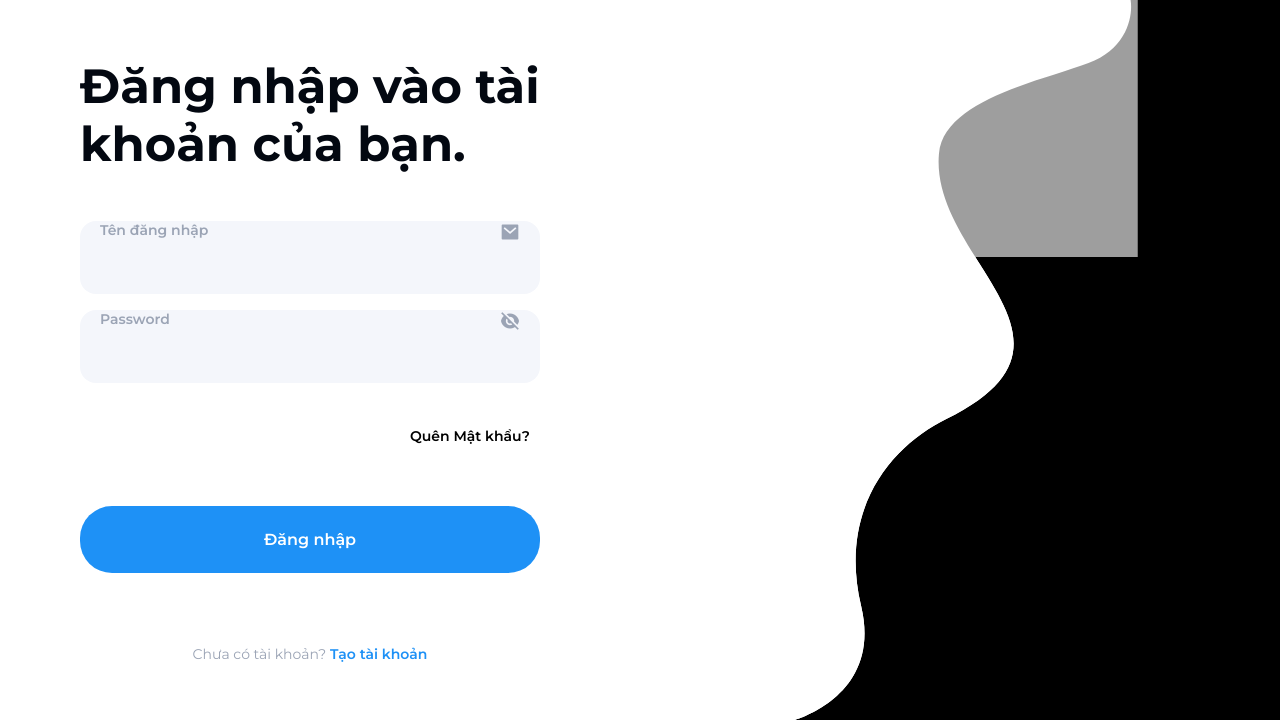
Repository: tqchuong/project_giuaky_ltw
Page: html/login.html
These files come from the project's save history. The page is drawn as it stood at one moment and after the next save; the edit follows.
The browser window is 1280 px wide. The pictures show the whole page.
Pictures or frames that could not be fetched are drawn as grey boxes.

Above is the page before, as saved 2024-11-30 20:28:15.
Console error: TypeError: Cannot read properties of null (reading 'addEventListener')

### html/login.html
<!DOCTYPE html>
<html lang="en">
<head>
    <meta charset="UTF-8">
    <meta name="viewport" content="width=device-width, initial-scale=1.0">
    <!--=============== REMIXICONS ===============-->
    <link rel="stylesheet" href="https://cdnjs.cloudflare.com/ajax/libs/remixicon/4.2.0/remixicon.css">
    <!--=============== CSS ===============-->
    <link rel="stylesheet" href="../css/login.css">
    <title>Login</title>
</head>
<body>
    <!--=============== LOGIN IMAGE ===============-->  <svg class="login__blob" viewBox="0 0 566 840" xmlns="http://www.w3.org/2000/svg">
        <mask id="mask0" mask-type="alpha">
            <path d="M342.407 73.6315C388.53 56.4007 394.378 17.3643 391.538 0H566V840H0C14.5385 834.991 100.266 804.436 77.2046 707.263C49.6393 591.11 115.306 518.927 176.468 488.873C363.385 397.026 156.98 302.824 167.945 179.32C173.46 117.209 284.755 95.1699 342.407 73.6315Z" />
        </mask>
        <g mask="url(#mask0)">
            <path d="M342.407 73.6315C388.53 56.4007 394.378 17.3643 391.538 0H566V840H0C14.5385 834.991 100.266 804.436 77.2046 707.263C49.6393 591.11 115.306 518.927 176.468 488.873C363.385 397.026 156.98 302.824 167.945 179.32C173.46 117.209 284.755 95.1699 342.407 73.6315Z" />
            <!-- Insert your image (recommended size: 1000 x 1200) -->
            <image class="login__img" href="../image/banner/luongthuc.png" />
        </g>
    </svg>


    <!--=============== LOGIN ===============-->
    <div class="login container grid" id="loginAccessRegister">
        <!--===== LOGIN ACCESS =====-->
        <div id="loginForm" class="login__access">
            <h1 class="login__title">Đăng nhập vào tài khoản của bạn.</h1>
            <div class="login__area">
                <form action="" class="login__form">
                    <div class="login__content grid">
                        <div class="login__box">
                            <input type="text" id="login-name" name="login-name" required placeholder=" " class="login__input" >
                            <label for="login-name" class="login__label">Tên đăng nhập</label>
                            <i class="ri-mail-fill login__icon"></i>
                            <span class="form-message namelogin"></span>
                        </div>
                        <div class="login__box">
                            <input type="password" id="login-password" name="login-password" required placeholder=" " class="login__input" >
                            <label for="login-password" class="login__label">Password</label>
                            <i class="ri-eye-off-fill login__icon login__password" id="loginPassword"></i>
                            <span class="form-message-check-login form-message"></span>
                        </div>
                    </div>
                    <p>
                        <button id="forgotPasswordLink" class="forgotPasswordLink">Quên Mật khẩu?</button>
                    </p>
                    <button type="button" id="login-button" class="login__button">Đăng nhập</button>

                </form>
                <p class="login__switch">
                    Chưa có tài khoản?
                    <button id="loginButtonRegister">Tạo tài khoản</button>
                </p>
            </div>
        </div>

        <!--===== LOGIN REGISTER =====-->
        <div id="registerForm" class="login__register" style="display: none;">
            <h1 class="login__title">Tạo tài khoản mới.</h1>
            <div class="login__area">
                <form action="" class="login__form">
                    <div class="login__box">
                        <input type="text" id="names" name="names" required placeholder=" " class="login__input" aria-label="Names">
                        <label for="names" class="login__label">Tên đăng nhập</label>
                        <i class="ri-id-card-fill login__icon"></i>
                        <span class="form-message-name form-message"></span>
                    </div>
                    <div class="login__box">
                        <input type="text" id="phone" name="phone" required placeholder=" " class="login__input" aria-label="Phone Number">
                        <label for="phone" class="login__label">Số điện thoại</label>
                        <i class="ri-id-card-fill login__icon"></i>
                        <span class="form-message-phone form-message"></span>
                    </div>
                    <div class="login__box">
                        <input type="email" id="emailCreate" name="emailCreate" required placeholder=" " class="login__input" aria-label="Email">
                        <label for="emailCreate" class="login__label">Email</label>
                        <i class="ri-mail-fill login__icon"></i>
                        <span class="form-message-email form-message"></span>
                    </div>
                    <div class="login__box">
                        <input type="password" id="passwordCreate" name="passwordCreate" required placeholder=" " class="login__input" aria-label="Password">
                        <label for="passwordCreate" class="login__label">Mật khẩu</label>
                        <i class="ri-eye-off-fill login__icon login__password" id="loginPasswordCreate"></i>
                        <span class="form-message-password form-message"></span>
                    </div>
                    <button type="submit" class="login__button" id="signup-button">Tạo tài khoản</button>
                </form>
                <p class="login__switch">
                    Đã có tài khoản?
                    <button id="loginButtonAccess">Đăng nhập</button>
                </p>
            </div>
        </div>

        <!-- ===== FORGOT PASSWORD ===== -->
        <div id="forgotPasswordForm" class="forgot-password" style="display: none;">
            <h1 class="login__title">Quên Mật khẩu?</h1>
            <div class="login__area">
                <form action="" class="login__form">
                    <div class="login__box">
                        <input type="email" id="emailForgot" required placeholder=" " class="login__input" aria-label="Email">
                        <label for="emailForgot" class="login__label">Email</label>
                        <i class="ri-mail-fill login__icon"></i>
                        <span class="form-message mail"></span>
                    </div>
                    <button type="submit" class="login__button">Đặt lại mật khẩu</button>
                </form>
                <p class="login__switch">
                    Nhớ mật khẩu của bạn?
                    <button id="backToLoginButton">Đăng nhập</button>
                </p>
            </div>
        </div>
    </div>
    <!--=============== MAIN JS ===============-->
    <script src="../js/login.js"></script>
    <script src="../js/home.js"></script>
</body>
</html>

### css/login.css
/*=============== GOOGLE FONTS ===============*/
@import url("https://fonts.googleapis.com/css2?family=Montserrat:wght@100..900&display=swap");


/*=============== VARIABLES CSS ===============*/
:root {
  /*========== Colors ==========*/
  /*Color mode HSL(hue, saturation, lightness)*/
  --first-color: hsl(208, 92%, 54%);
  --first-color-alt: hsl(208, 88%, 50%);
  --title-color: hsl(220, 68%, 4%);
  --white-color: hsl(0, 0%, 100%);
  --text-color: hsl(220, 15%, 66%);
  --body-color: hsl(0, 0%, 100%);
  --container-color: hsl(220, 50%, 97%);

  /*========== Font and typography ==========*/
  /*.5rem = 8px | 1rem = 16px ...*/
  --body-font: "Montserrat", system-ui;
  --big-font-size: 1.5rem;
  --normal-font-size: .938rem;
  --small-font-size: .813rem;
  --tiny-font-size: .688rem;

  /*========== Font weight ==========*/
  --font-regular: 400;
  --font-medium: 500;
  --font-semi-bold: 600;

  /*========== z index ==========*/
  --z-tooltip: 10;
  --z-fixed: 100;
}

/*========== Responsive typography ==========*/
@media screen and (min-width: 1150px) {
  :root {
    --big-font-size: 3rem;
    --normal-font-size: 1rem;
    --small-font-size: .875rem;
    --tiny-font-size: .75rem;
  }
}

/*=============== BASE ===============*/
* {
  box-sizing: border-box;
  padding: 0;
  margin: 0;
}

body,
input,
button {
  font-family: var(--body-font);
  font-size: var(--normal-font-size);
}

body {
  background-color: var(--body-color);
  color: var(--text-color);
}

input,
button {
  border: none;
  outline: none;
}

a {
  text-decoration: none;
}

img {
  display: block;
  max-width: 100%;
  height: auto;
}

/*=============== REUSABLE CSS CLASSES ===============*/
.container {
  max-width: 1120px;
  margin-inline: 1.5rem;
}

.grid {
  display: grid;
  gap: 1rem;
}

/*=============== LOGIN  ===============*/
.login {
  position: relative;
  height: 100vh;
  align-items: center;
  overflow: hidden;
}

.login__blob {
  display: none;
}

.login__title {
  font-size: var(--big-font-size);
  color: var(--title-color);
  text-align: center;
  margin-bottom: 2rem;
}

.login__box {
  position: relative;
  display: flex;
  align-items: center;
  background-color: var(--container-color);
  border-radius: 1rem;
}

.login__input {
  background: none;
  width: 100%;
  padding: 1.5rem 2.5rem 1.5rem 1.25rem;
  font-weight: var(--font-semi-bold);
  border: 3px solid transparent;
  border-radius: 1rem;
  z-index: 1;
  transition: border-color .4s;
}

.login__input:autofill {
  transition: background-color 6000s, color 6000s;
}

.login__label {
  position: absolute;
  left: 1.25rem;
  font-weight: var(--font-semi-bold);
  transition: transform .4s, font-size .4s, color .4s;
}

.login__icon {
  position: absolute;
  right: 1rem;
  font-size: 1.25rem;
  transition: color .4s;
}

.login__password {
  cursor: pointer;
  z-index: 10;
}

.login__forgot {
  display: block;
  width: max-content;
  margin: 1rem 0 0 auto;
  font-size: var(--small-font-size);
  font-weight: var(--font-semi-bold);
  color: var(--text-color);
  transition: color .4s;
}

.login__forgot:hover {
  color: var(--first-color);
}

.login__button {
  width: 100%;
  display: inline-flex;
  justify-content: center;
  background-color: var(--first-color);
  color: var(--white-color);
  font-weight: var(--font-semi-bold);
  padding-block: 1.5rem;
  border-radius: 4rem;
  margin-block: 2rem;
  cursor: pointer;
  transition: background-color .4s, box-shadow .4s;
}

.login__button:hover {
  background-color: var(--first-color-alt);
  box-shadow: 0 8px 24px hsla(208, 92%, 32%, .3);
}

.login__social {
  margin-bottom: 2rem;
}

.login__social-title {
  text-align: center;
  font-size: var(--small-font-size);
  font-weight: var(--font-semi-bold);
  color: var(--title-color);
  margin-bottom: 1rem;
}

.login__social-img {
  width: 1rem;
}

.login__social-links {
  display: flex;
  justify-content: center;
  column-gap: 1.5rem;
}

.login__social-link {
  width: 32px;
  height: 32px;
  background-color: var(--body-color);
  box-shadow: 0 4px 8px hsla(0, 0%, 0%, .1);
  border-radius: .5rem;
  display: grid;
  place-items: center;
  transition: transform .4s;
}

.login__social-link:hover {
  transform: translateY(-.25rem);
}

.login__switch {
  text-align: center;
  font-size: var(--small-font-size);
}

.login__switch button {
  background: none;
  color: var(--first-color);
  font-size: var(--small-font-size);
  font-weight: var(--font-semi-bold);
  cursor: pointer;
  transition: color .4s;
}

.login__switch button:hover {
  color: var(--first-color-alt);
}

.login__access,
.login__register {
  position: absolute;
  left: 0;
  right: 0;
  width: 100%;
  transition: transform .4s, opacity .4s .1s;
}

.login__register {
  display: none;
}

.active .login__register {
  display: block;
}


/* Input focus move up label */
.login__input:focus ~ .login__label {
  transform: translateY(-12px);
  font-size: var(--tiny-font-size);
}

.login__input:focus {
  padding-block: 2rem 1rem;
}

/* Input focus sticky top label */
.login__input:not(:placeholder-shown).login__input:not(:focus) ~ .login__label {
  transform: translateY(-12px);
  font-size: var(--tiny-font-size);
}

.login__input:not(:placeholder-shown).login__input:not(:focus) {
  padding-block: 2rem 1rem;
}

/* Input focus color */
.login__input:focus {
  border-color: var(--first-color);
}

.login__input:focus ~ .login__label,
.login__input:focus ~ .login__icon {
  color: var(--first-color);
}

/* Show hide login & create account */
.active .login__access {
  transform: translateX(15rem);
  opacity: 0;
  pointer-events: none;
}

.active .login__register {
  transform: translateX(0);
  opacity: 1;
  pointer-events: initial;
}

/*=============== BREAKPOINTS ===============*/
/* For small devices */
@media screen and (max-width: 320px) {
  .container {
    margin-inline: 1rem;
  }
}

/* For medium devices */
@media screen and (min-width: 540px) {
  .login__area {
    width: 380px;
    margin-inline: auto;
  }
}

@media screen and (min-width: 350px) and (max-height: 600px) {
  .login {
    height: 760px;
  }
}

/* For large devices */
@media screen and (min-width: 1150px) {
  .container {
    margin-inline: auto;
  }

  .login__area {
    width: 460px;
    margin: initial;
  }
  .login__access,
  .login__register {
    width: 600px;
  }
  .login__title {
    text-align: initial;
    margin-bottom: 3rem;
  }
  .login__button {
    margin-bottom: 3rem;
  }
  .login__group {
    grid-template-columns: repeat(2, 1fr);
  }
  .login__blob {
    display: block;
    height: 100vh;
    position: absolute;
    top: 0;
    right: 0;
  }
  .login__img {
    transform: translate(0rem, 0rem);
  }

#registerForm, #forgotPasswordForm {
  display: none;
}


.forgotPasswordLink {
  display: inline-block;
  background: none;
  border: none;
  color: var(--text-color);  /* Same color as the password label */
  font-size: var(--small-font-size);
  font-weight: var(--font-semi-bold);
  cursor: pointer;
  margin-top: 20px;  /* Adjust margin to position below password field */
  margin-bottom: 5px;  /* Adds space before the login button */
  padding-right: 10px;
  text-align: right;
  float: right;
  transition: color 0.3s;
}

.forgotPasswordLink:hover {
  color: var(--first-color);  /* Changes to blue on hover */
  text-decoration: none;  /* No underline on hover */
}
.login__box {
  width: 100%; /* Đảm bảo tất cả các khối input chiếm toàn bộ chiều rộng */
  display: flex;
  flex-direction: column; /* Đảm bảo nhãn nằm phía trên input */
}

.login__input {
  width: 100%; /* Đảm bảo input chiếm toàn bộ chiều rộng khối cha */
  padding: 1.5rem 2.5rem 1.5rem 1.25rem; /* Giữ nguyên padding nếu cần */
  border-radius: 1rem;
  font-weight: var(--font-semi-bold);
}

.login__label {
  width: 100%; /* Đảm bảo nhãn có chiều rộng bằng với input */
  display: block;
  margin-bottom: 0.5rem; /* Khoảng cách giữa nhãn và input */
}

}
/* Khoảng cách giữa các ô nhập liệu trong form đăng ký */
.login__form {
  display: grid;
  row-gap: 1.5rem; /* Khoảng cách dọc giữa các ô */
}

/* Thiết lập lại các khối input để đảm bảo chiều rộng đầy đủ và khoảng cách hợp lý */
.login__box {
  width: 100%; /* Bảo đảm khối input chiếm toàn bộ chiều rộng */
  display: flex;
  flex-direction: column;
}

/* Giãn cách padding cho ô input và icon */
.login__input {
  width: 100%;
  padding: 1.25rem 2.5rem 1.25rem 1rem; /* Điều chỉnh padding cho khoảng cách hợp lý */
  border-radius: 0.75rem; /* Bo góc nhẹ nhàng hơn */
  font-weight: var(--font-semi-bold);
  margin-top: 0.5rem; /* Khoảng cách trên giữa nhãn và input */
}

/* Căn chỉnh lại nhãn cho khoảng cách dễ nhìn */
.login__label {
  font-size: var(--small-font-size);
  font-weight: var(--font-semi-bold);
  margin-bottom: 0.5rem; /* Khoảng cách nhỏ giữa nhãn và input */
}

/* Đảm bảo khoảng cách và kích thước hợp lý của các icon trong input */
.login__icon {
  position: absolute;
  right: 1.25rem;
  font-size: 1.25rem;
  transition: color .4s;
  color: var(--text-color);
}

.login__password {
  cursor: pointer;
  z-index: 10;
}

/* Cải thiện button với khoảng cách và hiệu ứng hover */
.login__button {
  width: 100%;
  display: inline-flex;
  justify-content: center;
  background-color: var(--first-color);
  color: var(--white-color);
  font-weight: var(--font-semi-bold);
  padding-block: 1.5rem;
  border-radius: 2rem;
  margin-top: 2rem;
  cursor: pointer;
  transition: background-color .4s, box-shadow .4s;
}

.login__button:hover {
  background-color: var(--first-color-alt);
  box-shadow: 0 8px 24px hsla(208, 92%, 32%, .3);
}

/* Tạo khoảng cách giữa các phần chuyển đổi trang và điều chỉnh text */
.login__switch {
  text-align: center;
  font-size: var(--small-font-size);
  margin-top: 1.5rem; /* Khoảng cách trên cho phần chuyển đổi */
}

.login__switch button {
  background: none;
  color: var(--first-color);
  font-size: var(--small-font-size);
  font-weight: var(--font-semi-bold);
  cursor: pointer;
  transition: color .4s;
}

.login__switch button:hover {
  color: var(--first-color-alt);
}

### js/login.js
// SHOW/HIDE PASSWORD FUNCTION
const togglePasswordVisibility = (passwordId, eyeIconId) => {
    const input = document.getElementById(passwordId),
          iconEye = document.getElementById(eyeIconId);

    if (input && iconEye) {
        iconEye.addEventListener('click', () => {
            input.type = input.type === 'password' ? 'text' : 'password';
            iconEye.classList.toggle('ri-eye-fill');
            iconEye.classList.toggle('ri-eye-off-fill');
        });
    }
 };

 // Apply show/hide password for login and register forms
 togglePasswordVisibility('login-password', 'loginPassword');         // Login password visibility toggle
 togglePasswordVisibility('passwordCreate', 'loginPasswordCreate');   // Register password visibility toggle

 // SWITCH BETWEEN LOGIN, REGISTER, AND FORGOT PASSWORD FORMS
 const loginForm = document.getElementById('loginForm');
 const registerForm = document.getElementById('registerForm');
 const forgotPasswordForm = document.getElementById('forgotPasswordForm');

 if (loginForm && registerForm && forgotPasswordForm) {
     // Show Register Form
     document.getElementById('loginButtonRegister')?.addEventListener('click', (e) => {
        e.preventDefault();
        loginForm.style.display = 'none';
        registerForm.style.display = 'block';
        forgotPasswordForm.style.display = 'none';
     });

     // Show Login Form
     document.getElementById('loginButtonAccess')?.addEventListener('click', (e) => {
        e.preventDefault();
        loginForm.style.display = 'block';
        registerForm.style.display = 'none';
        forgotPasswordForm.style.display = 'none';
     });

     // Show Forgot Password Form
     document.getElementById('forgotPasswordLink')?.addEventListener('click', (e) => {
        e.preventDefault();
        loginForm.style.display = 'none';
        registerForm.style.display = 'none';
        forgotPasswordForm.style.display = 'block';
     });

     // Back to Login from Forgot Password Form
     document.getElementById('backToLoginButton')?.addEventListener('click', (e) => {
        e.preventDefault();
        loginForm.style.display = 'block';
        registerForm.style.display = 'none';
        forgotPasswordForm.style.display = 'none';
     });
 }

Loaded but not shown: js/home.js (387 lines, source omitted)

After the next save:
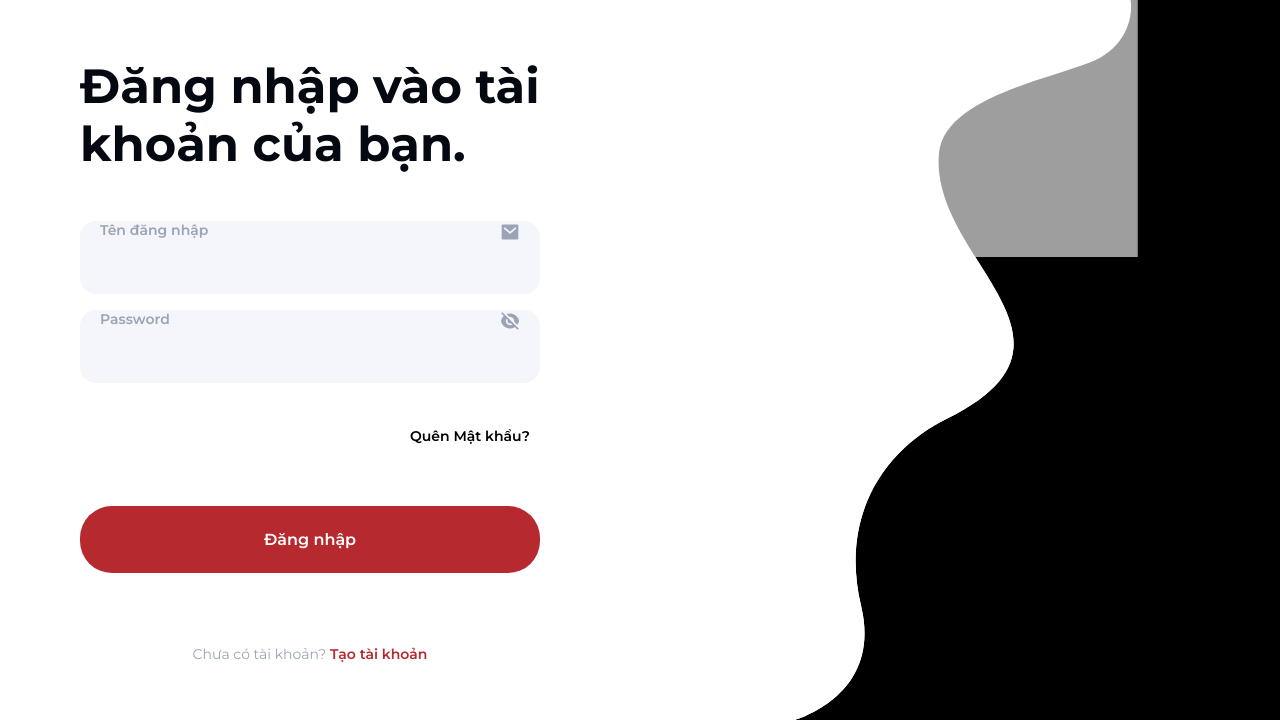
Saved 13 s later.
--- a/css/login.css
+++ b/css/login.css
@@ -6,8 +6,8 @@
 :root {
   /*========== Colors ==========*/
   /*Color mode HSL(hue, saturation, lightness)*/
-  --first-color: hsl(208, 92%, 54%);
-  --first-color-alt: hsl(208, 88%, 50%);
+  --first-color: #B5292F;
+  --first-color-alt: #B5292A;
   --title-color: hsl(220, 68%, 4%);
   --white-color: hsl(0, 0%, 100%);
   --text-color: hsl(220, 15%, 66%);
@@ -353,7 +353,9 @@ img {
   }
   .login__img {
     transform: translate(0rem, 0rem);
-  }
+
+  }
+
 
 #registerForm, #forgotPasswordForm {
   display: none;
